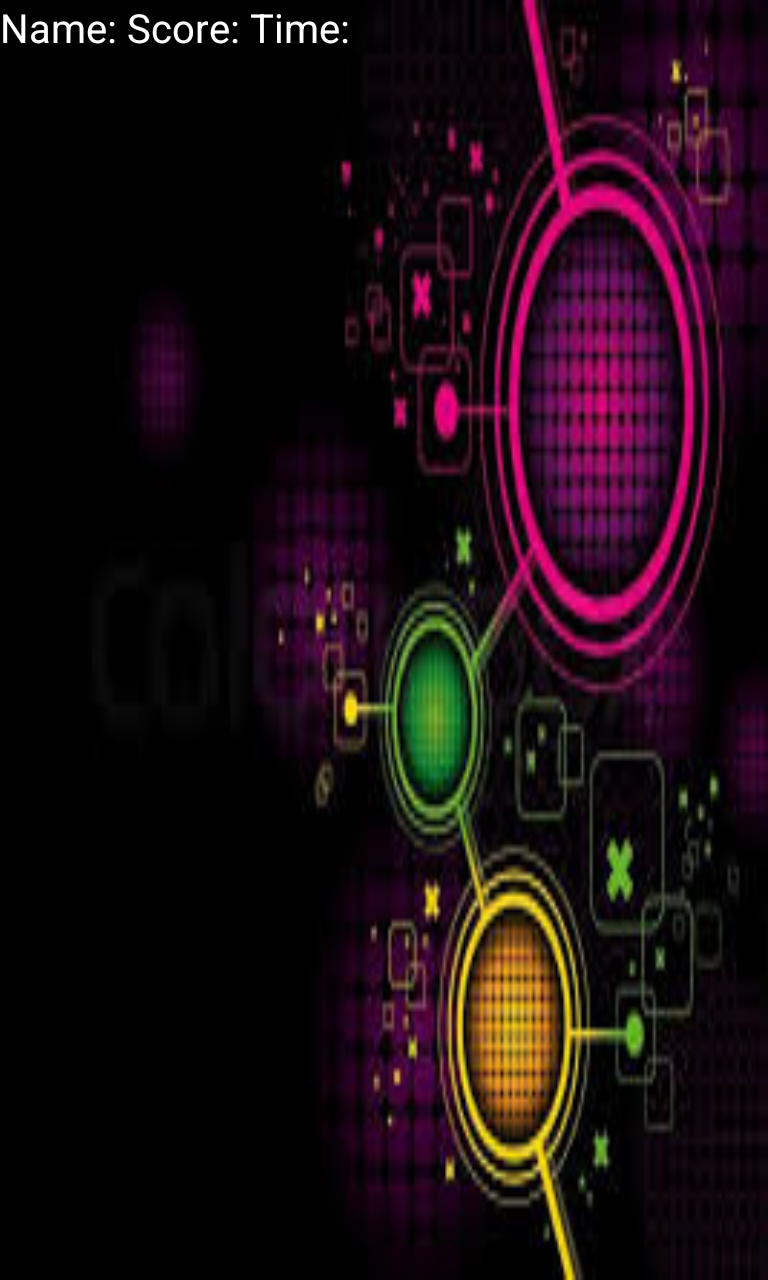
Repository: RedJaVa68/DirectionRunner
Layout: DirectionRunner/res/layout/game_activity.xml
An editor plug-in stored every save of this project. The layout is shown before and after the next save, followed by the edit.
Pictures or frames that could not be fetched are drawn as grey boxes. It is drawn on a 768 x 1280 px phone screen (xhdpi) without system bars, with theme AppTheme; the app's code is not run.

Above is the layout before, as saved 2015-05-06 04:47:20.

### DirectionRunner/res/layout/game_activity.xml
<?xml version="1.0" encoding="utf-8"?>
<LinearLayout xmlns:android="http://schemas.android.com/apk/res/android"
    android:layout_width="match_parent"
    android:layout_height="match_parent"
    android:orientation="vertical"
    android:background="@drawable/bg">
    <LinearLayout
        android:layout_width="wrap_content"
        android:layout_height="wrap_content"
        android:orientation="horizontal">
        <TextView
            android:id="@+id/Name: "
            android:layout_width="wrap_content"
            android:layout_height="wrap_content"
            android:text="Name: "
            android:textSize="20sp"
            android:textColor="#ffffff"/>"
        <TextView
            android:id="@+id/scoreText"
            android:layout_width="wrap_content"
            android:layout_height="wrap_content"
            android:text="Score: "
            android:textSize="20sp"
            android:textColor="#ffffff"/>

        <TextView
            android:id="@+id/clock"
            android:layout_width="wrap_content"
            android:layout_height="wrap_content"
            android:text="Time: "
            android:textSize="20sp"
            android:textColor="#ffffff"/>

    </LinearLayout>

</LinearLayout>

Loaded but not shown: DirectionRunner/res/values/styles.xml (common file); DirectionRunner/res/values-v11/styles.xml (common file); DirectionRunner/res/values-v14/styles.xml (common file)

After the next save:
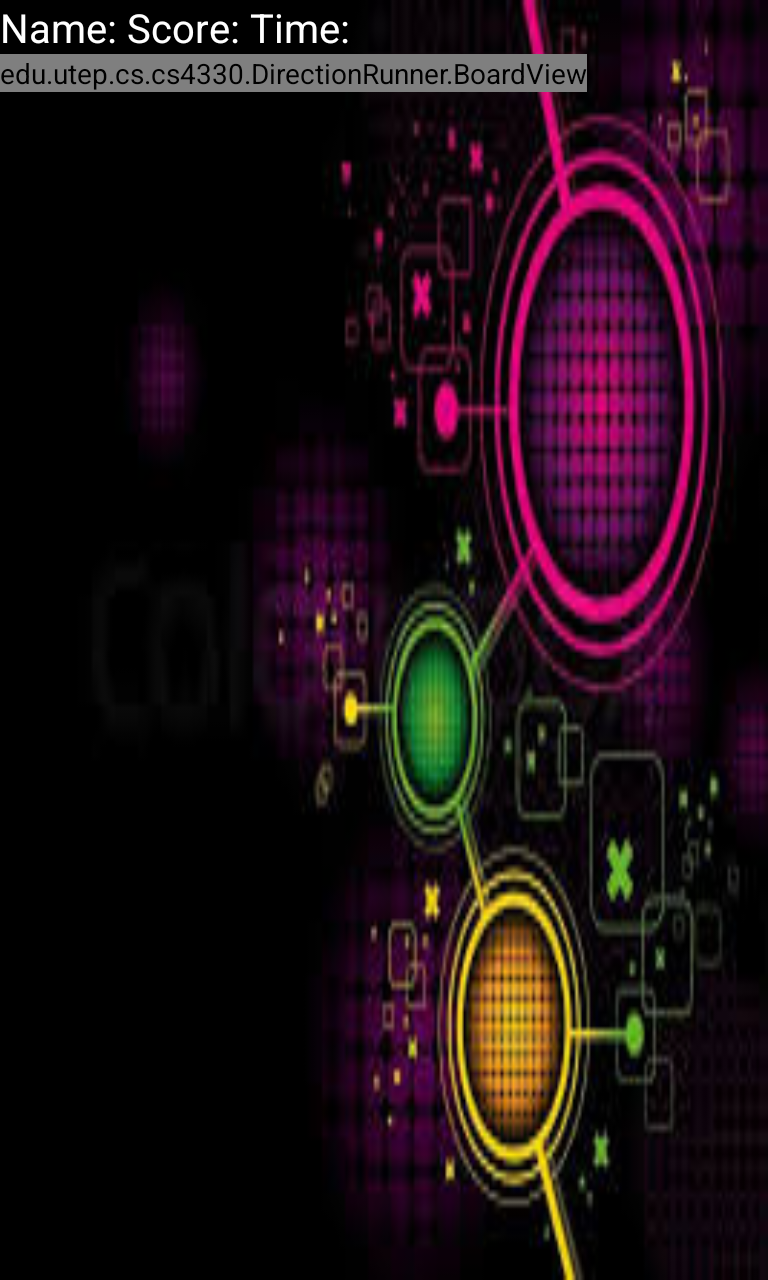
Saved 2 min 15 s later.
--- a/DirectionRunner/res/layout/game_activity.xml
+++ b/DirectionRunner/res/layout/game_activity.xml
@@ -32,5 +32,9 @@
             android:textColor="#ffffff"/>
 
     </LinearLayout>
-
+    <edu.utep.cs.cs4330.DirectionRunner.BoardView
+        android:id="@+id/boardView"
+        android:layout_width="wrap_content"
+        android:layout_height="wrap_content"
+        />
 </LinearLayout>
